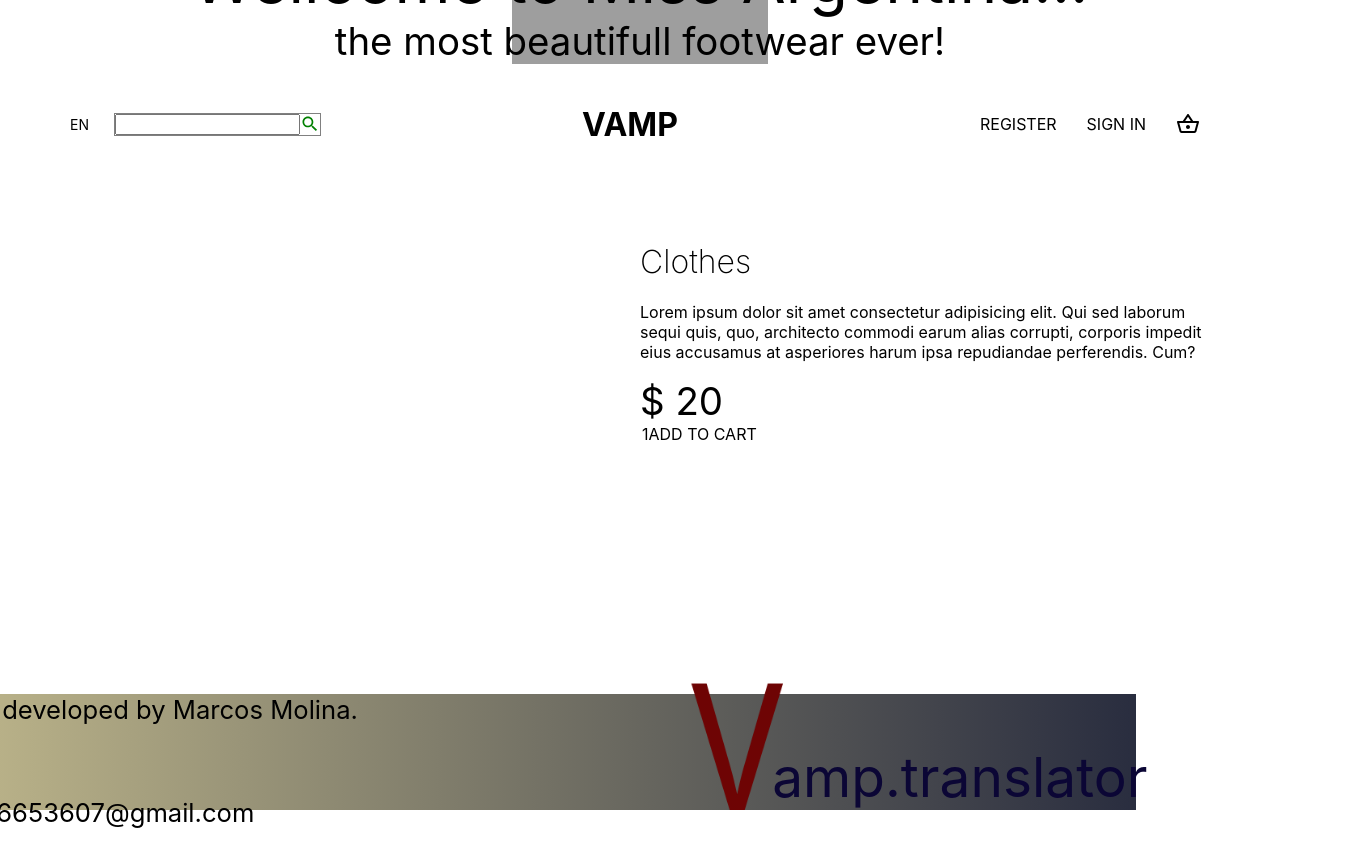
Repository: mgma2005/ecoeli
Page: /
An editor plug-in stored every save of this project. The page is shown before and after the next save, followed by the edit.
The browser window is 1280 px wide. The page is 1280 px wide, then 1360 px, so the pictures cover 1360 px, including what lies to the right of the window. The pictures show the part of the page from y = 109 to 977 px (the page is 977 px tall).
Pictures or frames that could not be fetched are drawn as grey boxes. The project was rebuilt for these pictures with package versions that can differ from the ones it lists, and the page was loaded fresh each time. Also part of the build but not shown: src/App.css.

Above is the page before, as saved 2022-05-14 17:35:45.

After the next save:
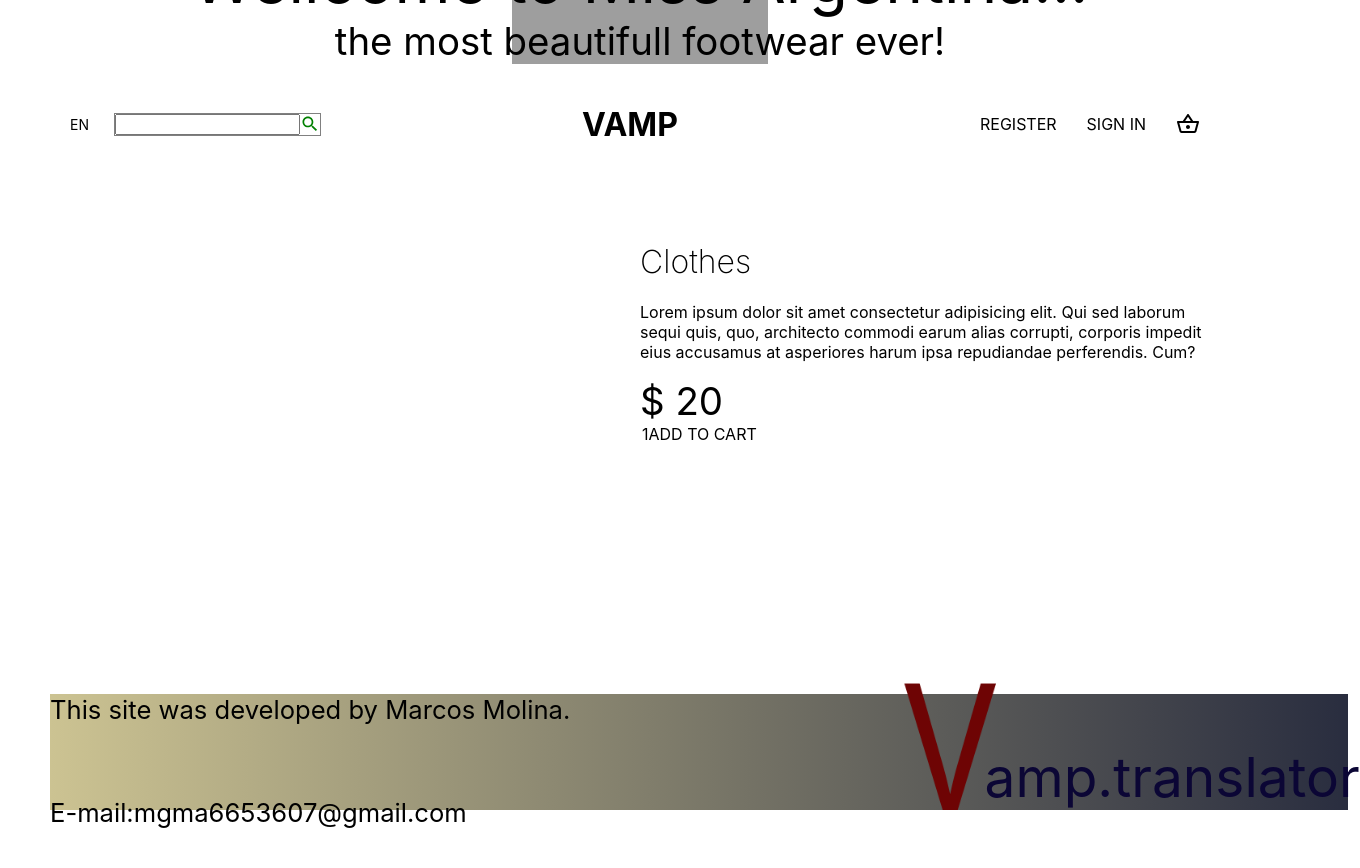
Saved 49 s later.
--- a/src/style.css
+++ b/src/style.css
@@ -1,5 +1,5 @@
 .cont2{
-    margin-left: -18%;
+    margin-left: 0%;
     width: 110%;
     height: auto;
     background: linear-gradient(to right, rgb(204, 195, 146),rgb(41, 45, 63));
